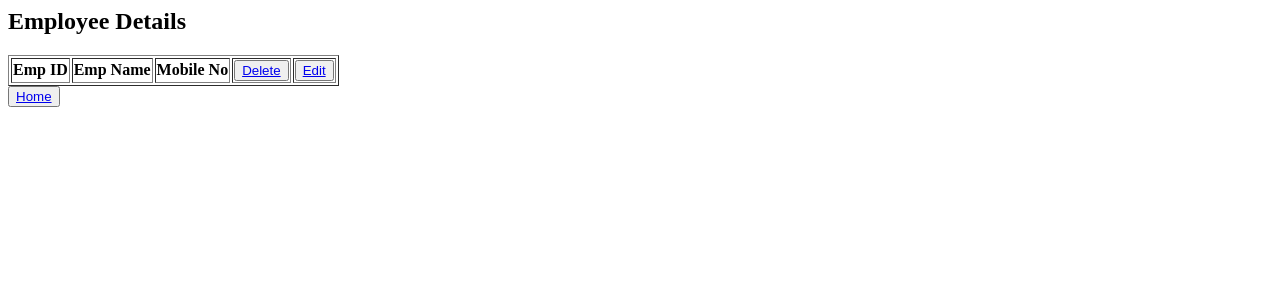
Repository: Rahul-Yadav-72/JAVA-ADVANCE
Page: http://localhost/JDBC__DB/select
An editor plug-in stored every save of this project. The page is shown before and after the next save, followed by the edit.
The browser window is 1280 px wide. The pictures show the whole page.
The page is served by Tomcat 10. Other server files are loaded and not shown. Queries for data that is not in the repository find no rows.

Above is the page before, as saved 2025-12-31 05:25:54.

### JDBC__DB/src/main/java/select/Select.java
package select;

import jakarta.servlet.ServletException;
import jakarta.servlet.annotation.WebServlet;
import jakarta.servlet.http.HttpServlet;
import jakarta.servlet.http.HttpServletRequest;
import jakarta.servlet.http.HttpServletResponse;

import java.io.IOException;
import java.io.PrintWriter;
import java.sql.Connection;
import java.sql.DriverManager;
import java.sql.PreparedStatement;
import java.sql.ResultSet;

@WebServlet("/select")
public class Select extends HttpServlet {
    private static final long serialVersionUID = 1L;

    public Select() {
        super();
    }

    @Override
    protected void doGet(HttpServletRequest request, HttpServletResponse response)
            throws ServletException, IOException {

        response.setContentType("text/html");
        PrintWriter pw = response.getWriter();

        Connection con = null;
        PreparedStatement ps = null;
        ResultSet rs = null;

        try {
            // 1. Load MySQL Driver
            Class.forName("com.mysql.cj.jdbc.Driver");

            // 2. Create Connection
            con = DriverManager.getConnection(
                    "jdbc:mysql://localhost:3306/employee",
                    "root",
                    ""
            );

            // 3. SQL Query
            ps = con.prepareStatement("SELECT * FROM empData");
            rs = ps.executeQuery();

            // 4. HTML Output
            pw.println("<html><body>");
            pw.println("<h2>Employee Details</h2>");
            pw.println("<table border='1'>");
            pw.println("<tr>");
            pw.println("<th>Emp ID</th>");
            pw.println("<th>Emp Name</th>");
            pw.println("<th>Mobile No</th>");
            pw.println("<th><button type='submit' name = 'Delete'><a href='Delete'>Delete</a></button></th> ");
            pw.println("<th><button type='submit' name = 'Edit'><a href='Edit'>Edit</a></button></th> ");
            pw.println("</tr>");

            while (rs.next()) {
                pw.println("<tr>");
                pw.println("<td>" + rs.getInt(1) + "</td>");
                pw.println("<td>" + rs.getString(2) + "</td>");
                pw.println("<td>" + rs.getString(3) + "</td>");
                pw.println("</tr>");
            }

            pw.println("</table>");
            pw.println("</body></html>");

        } catch (Exception e) {
            pw.println("<h3>Error Occurred</h3>");
            e.printStackTrace(pw);
        } finally {
            try {
                if (rs != null) rs.close();
                if (ps != null) ps.close();
                if (con != null) con.close();
            } catch (Exception e) {
                e.printStackTrace();
            }
        }

        pw.println("<button type='submit' name = 'index'><a href='index.jsp'>Home</a></button> ");
    }
}

After the next save:
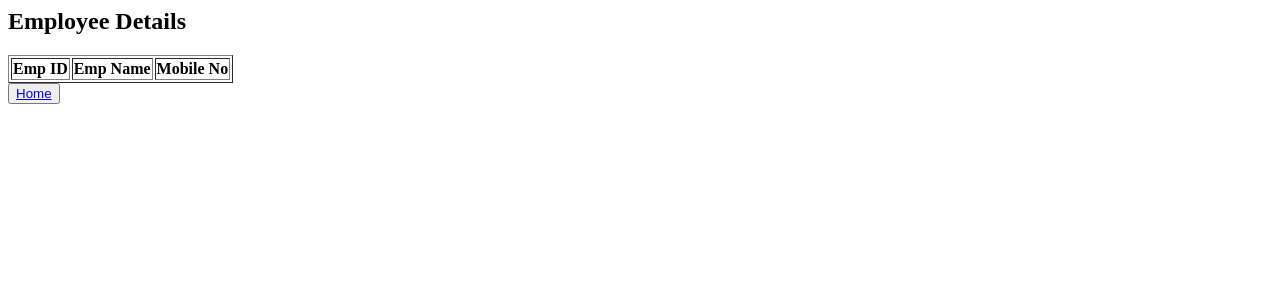
Saved 5 min 39 s later.
--- a/JDBC__DB/src/main/java/select/Select.java
+++ b/JDBC__DB/src/main/java/select/Select.java
@@ -55,8 +55,7 @@ public class Select extends HttpServlet {
             pw.println("<th>Emp ID</th>");
             pw.println("<th>Emp Name</th>");
             pw.println("<th>Mobile No</th>");
-            pw.println("<th><button type='submit' name = 'Delete'><a href='Delete'>Delete</a></button></th> ");
-            pw.println("<th><button type='submit' name = 'Edit'><a href='Edit'>Edit</a></button></th> ");
+
             pw.println("</tr>");
 
             while (rs.next()) {
@@ -64,6 +63,8 @@ public class Select extends HttpServlet {
                 pw.println("<td>" + rs.getInt(1) + "</td>");
                 pw.println("<td>" + rs.getString(2) + "</td>");
                 pw.println("<td>" + rs.getString(3) + "</td>");
+                pw.println("<th><button type='submit' name = 'Delete'><a href='Delete'>Delete</a></button></th> ");
+                pw.println("<th><button type='submit' name = 'Edit'><a href='Edit'>Edit</a></button></th> ");
                 pw.println("</tr>");
             }
 
